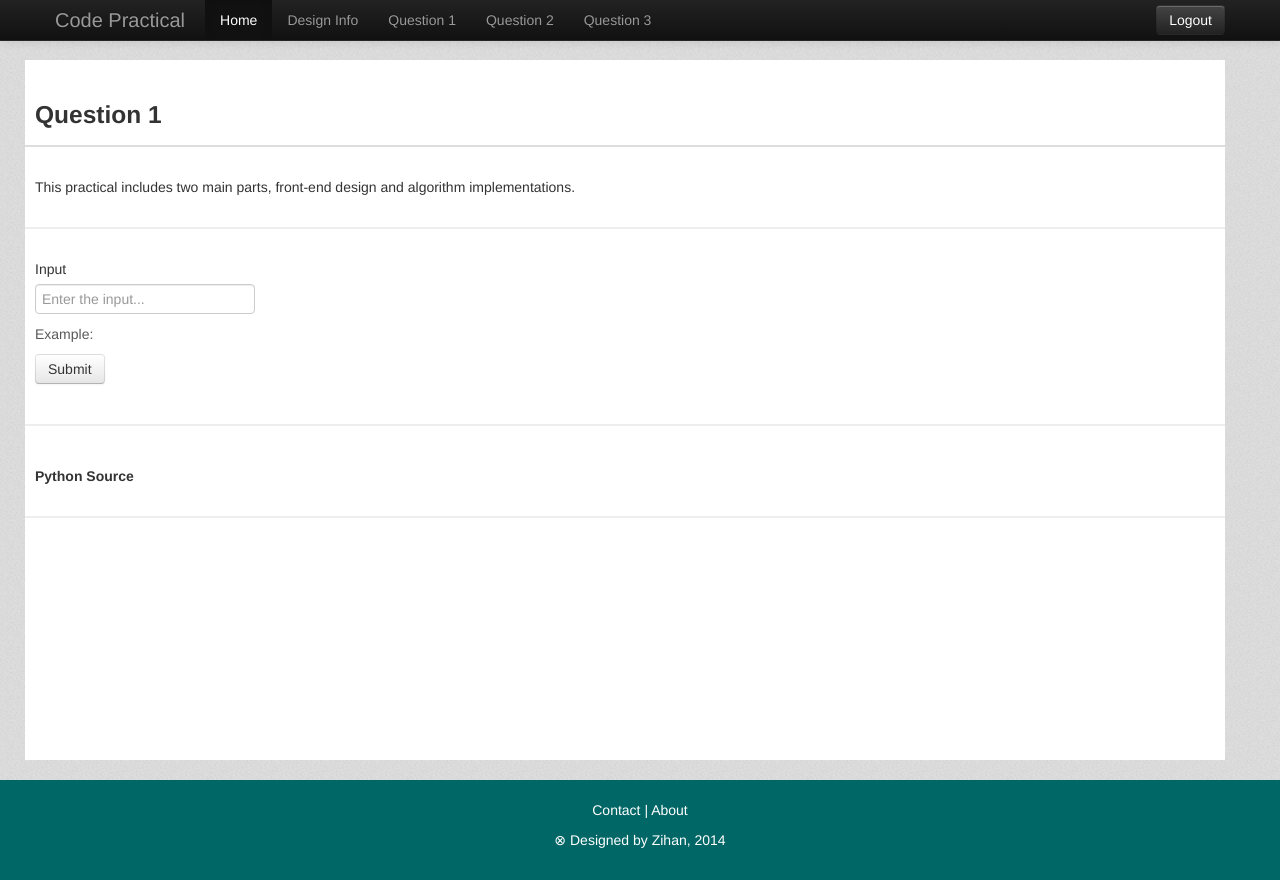
Repository: DataMonster/Java
Page: http://localhost/gweb2/contents/bar/value1.jsp
The author's editor kept a copy of each file at every save. The page is drawn from the files as they stood at one save, then again after the next save.
The browser window is 1280 px wide. The pictures show the whole page.
The page is served by Tomcat 9. Other server files are loaded and not shown.

Above is the page before, as saved 2014-05-27 00:01:54.

### gweb2/war/contents/bar/value1.jsp
<%@ page language="java" import="java.util.*" pageEncoding="ISO-8859-1"%>
<%
String path = request.getContextPath();
String basePath = request.getScheme()+"://"+request.getServerName()+":"+request.getServerPort()+path+"/";
%>

<!DOCTYPE html>
<html lang="en">
  <head>
    <meta charset="utf-8">
    <title>CODE PRACTICE</title>
    <meta name="viewport" content="width=device-width, initial-scale=1.0">
    <meta name="description" content="">
    <meta name="author" content="">

    <!-- The styles -->
    <link href="../../css/bootstrap.css" rel="stylesheet">
    <style type="text/css">
      body {
        background:url('../../img/bg.gif');
        padding-top: 60px;
        /*padding-bottom: 40px;*/
      }
    </style>
    <link href="../../css/bootstrap-responsive.css" rel="stylesheet">
     <link href="../../css/global.css" rel="stylesheet">

    </head>
  <body>
	<%
	System.out.println(request.getParameter("input1"));
%>

    <div class="navbar navbar-inverse navbar-fixed-top">
      <div class="navbar-inner">
        <div class="container">
          <a class="brand" href="index.html">Code Practical</a>
          <div class="nav-collapse collapse">
            <ul class="nav">
              <li class="active"><a href="#">Home</a></li>
              <li><a href="design.html"> Design Info</a></li>
              <li><a href="question1.html">Question 1</a></li>
              <li><a href="question2.html">Question 2</a></li>
              <li><a href="question3.html">Question 3</a></li>

            </ul>
              <div class="pull-right">
                  <a class="btn btn-inverse">Logout</a>
              </div>
          </div>
        </div>
      </div>
    </div>

    <div class="container">

      <div class="row">
              <div class="content">
                    <div class="content-header">
                        <br>
                        <h3>Question 1</h3>
                    </div>
                    <div class="content-list" >
                        <p>This practical includes two main parts, front-end design and algorithm implementations.</p>
                    </div>
                    <div class="content-list" >
                        <form>
                            <fieldset>
                        <label>Input</label>
                        <input type="text" placeholder="Enter the input...">
                        <span class="help-block">Example: </span>
                        <button type="submit" class="btn">Submit</button>
                           </fieldset>
                        </form>
                    </div>
                    <div class="content-list" >
                        <h5>Python Source </h5>
                    </div>
              </div>
      </div>

<!--    <footer>
        <p>&copy; Company 2013</p>
        </footer>-->
    </div>
      <!-- /container end-->

      <!--footer-->
      <div class="footer">
          <p>
              <a>Contact   </a>|
              <a>  About</a>
          </p>
          <p>&CircleTimes;  Designed by Zihan, 2014</p>
      </div>
      <!--/footer-->
    <!-- Le javascript
    ================================================== -->
    <!-- Placed at the end of the document so the pages load faster -->
    <script src="../js/jquery.js"></script>
    <script src="../js/bootstrap.js"></script>

  </body>
</html>

### gweb2/war/css/global.css
/*footer*/
.footer{width:100%;background:#006666;height:80px;margin-top: 20px;color:white;text-align: center;padding-top: 20px;}
.footer a{color:white;}
/*footer*/

/*content*/
.content{width:100%;min-height: 700px;background: #fff;}
.content .content-header{border-bottom: 2px solid #ddd;padding-top: 5px;}
.content .content-header h3{margin-left:10px;}
.content-list{background:#fff;height:auto;padding-top:30px;padding-left: 10px;padding-bottom: 20px;padding-right: 10px;border-bottom: 2px solid #eee;}
.content-others{padding:10px;}
/*content*/

/*content-right*/
.content-right{width:100%;min-height: 700px;background: #fff;padding-top: 20px;}
.content-right .user_info{padding: 20px;background: #fff;}
.content-right .user_info h4{border-bottom: 2px solid #ddd;padding-bottom: 1px;}
/*content-right*/

Loaded but not shown: gweb2/war/css/bootstrap.css (library); gweb2/war/css/bootstrap-responsive.css (library); gweb2/war/js/jquery.js (library); gweb2/war/js/bootstrap.js (library)

After the next save:
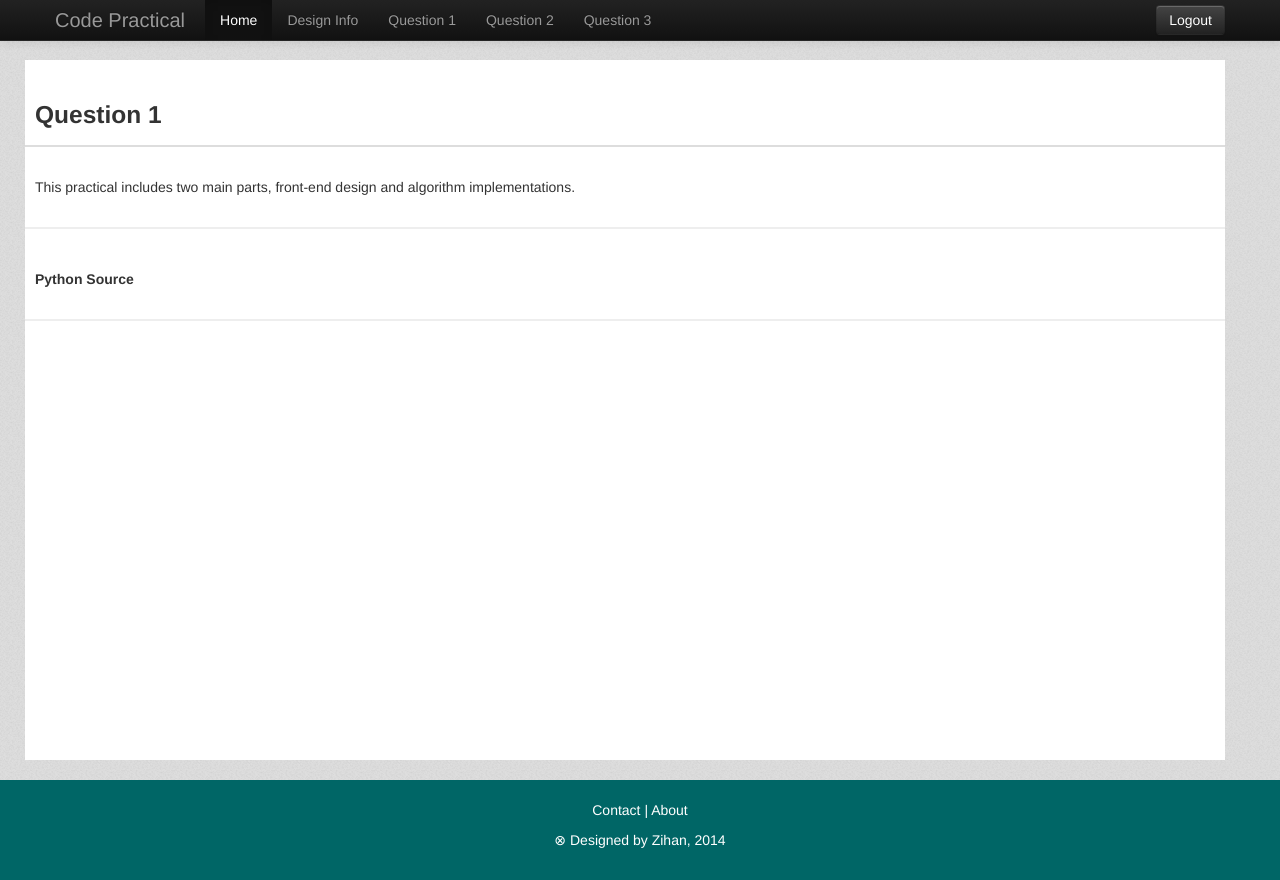
Saved 112 s later.
--- a/gweb2/war/contents/bar/value1.jsp
+++ b/gweb2/war/contents/bar/value1.jsp
@@ -29,6 +29,7 @@ String basePath = request.getScheme()+"://"+request.getServerName()+":"+request.
   <body>
 	<%
 	System.out.println(request.getParameter("input1"));
+
 %>
 
     <div class="navbar navbar-inverse navbar-fixed-top">
@@ -63,16 +64,7 @@ String basePath = request.getScheme()+"://"+request.getServerName()+":"+request.
                     <div class="content-list" >
                         <p>This practical includes two main parts, front-end design and algorithm implementations.</p>
                     </div>
-                    <div class="content-list" >
-                        <form>
-                            <fieldset>
-                        <label>Input</label>
-                        <input type="text" placeholder="Enter the input...">
-                        <span class="help-block">Example: </span>
-                        <button type="submit" class="btn">Submit</button>
-                           </fieldset>
-                        </form>
-                    </div>
+
                     <div class="content-list" >
                         <h5>Python Source </h5>
                     </div>
